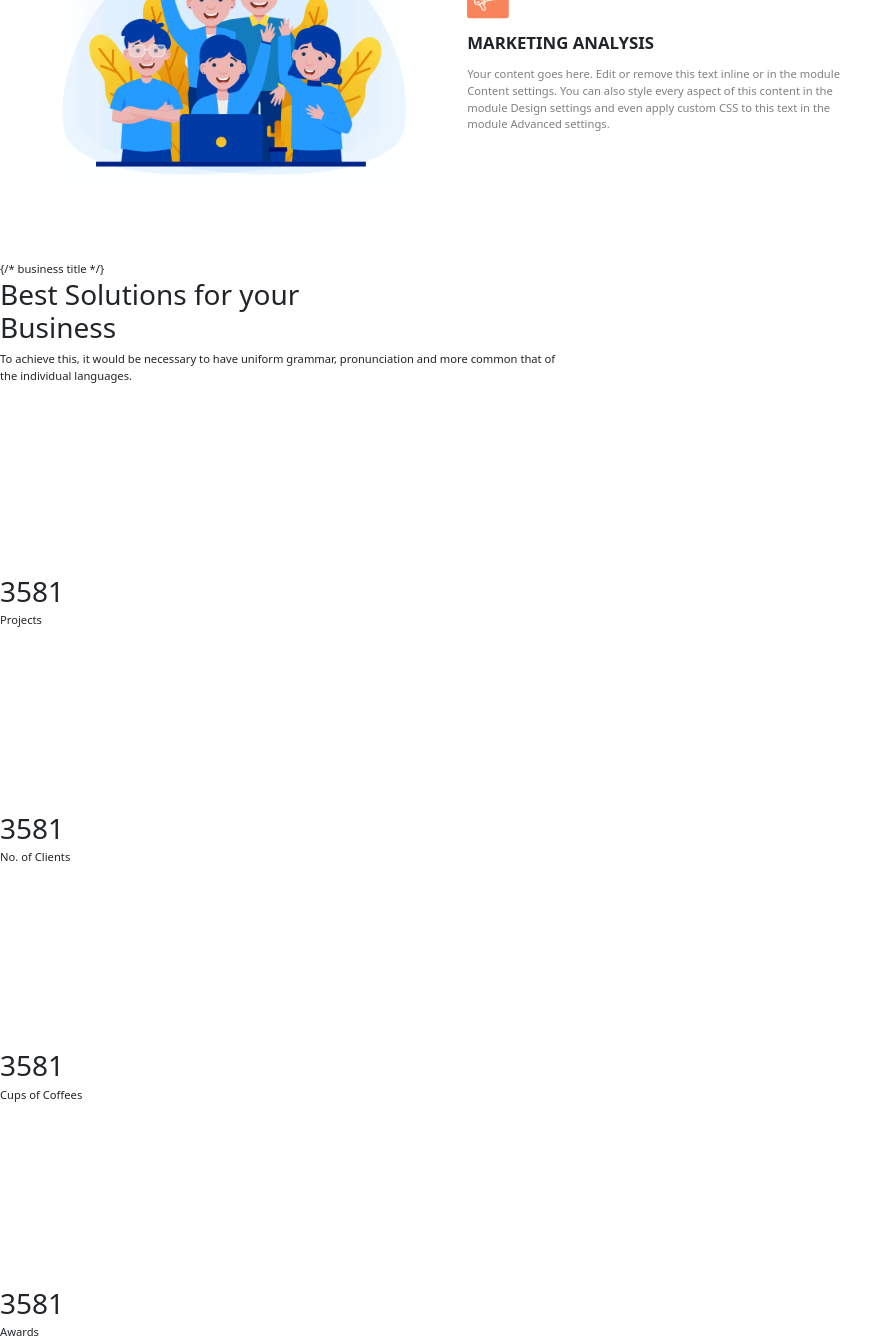
Repository: meherujjahan/Molti-website
Page: index.html
The author's editor kept a copy of each file at every save. The page is drawn from the files as they stood at one save, then again after the next save.
The browser window is 1280 px wide. The pictures show the part of the page from y = 3579 to 5499 px (the page is 5499 px tall before and 4522 px after), at 70% of full size.
Some web libraries are served in a nearby version.

Above is the page before, as saved 2022-03-08 20:26:07.

### index.html
<!DOCTYPE html>
<html lang="en">
  <head>
    <meta charset="UTF-8" />
    <meta http-equiv="X-UA-Compatible" content="IE=edge" />
    <meta name="viewport" content="width=device-width, initial-scale=1.0" />

    <!-- bootstrap stylesheet -->
    <link
      href="https://cdn.jsdelivr.net/npm/bootstrap@5.1.3/dist/css/bootstrap.min.css"
      rel="stylesheet"
      integrity="sha384-1BmE4kWBq78iYhFldvKuhfTAU6auU8tT94WrHftjDbrCEXSU1oBoqyl2QvZ6jIW3"
      crossorigin="anonymous"
    />
    <!-- font awesome -->
    <script
      src="https://kit.fontawesome.com/c5589b6d71.js"
      crossorigin="anonymous"
    ></script>
    <!-- google font  -->
    <style>
      @import url("https://fonts.googleapis.com/css2?family=Roboto&display=swap");
    </style>
    <!-- CSS styleSheet -->
    <link rel="stylesheet" href="myStyle.css" />
    <title>Molti Wesite</title>
  </head>
  <body>
    <header>
      <div class="header">
        <div>
          <nav class="navbar navbar-expand-lg fw-bold navbar-light bg-light">
            <div class="container-fluid">
              <img class="logo-img" src="/Image/Molti-Logo.png" alt="" />
              <button
                class="navbar-toggler"
                type="button"
                data-bs-toggle="collapse"
                data-bs-target="#navbarNavDropdown"
                aria-controls="navbarNavDropdown"
                aria-expanded="false"
                aria-label="Toggle navigation"
              >
                <span class="navbar-toggler-icon"></span>
              </button>
              <div class="collapse navbar-collapse" id="navbarNavDropdown">
                <ul class="navbar-nav">
                  <li class="nav-item">
                    <a class="nav-link active" aria-current="page" href="#"
                      >Home</a
                    >
                  </li>
                  <li class="nav-item dropdown">
                    <a
                      class="nav-link dropdown-toggle"
                      href="#"
                      id="navbarDropdownMenuLink1"
                      role="button"
                      data-bs-toggle="dropdown"
                      aria-expanded="false"
                    >
                      Pages
                    </a>
                    <ul
                      class="dropdown-menu"
                      aria-labelledby="navbarDropdownMenuLink"
                    >
                      <li><a class="dropdown-item" href="#">Action</a></li>
                      <li>
                        <a class="dropdown-item" href="#">Another action</a>
                      </li>
                      <li>
                        <a class="dropdown-item" href="#"
                          >Something else here</a
                        >
                      </li>
                    </ul>
                  </li>
                  <li class="nav-item dropdown">
                    <a
                      class="nav-link dropdown-toggle"
                      href="#"
                      id="navbarDropdownMenuLink2"
                      role="button"
                      data-bs-toggle="dropdown"
                      aria-expanded="false"
                    >
                      Services
                    </a>
                    <ul
                      class="dropdown-menu"
                      aria-labelledby="navbarDropdownMenuLink"
                    >
                      <li><a class="dropdown-item" href="#">Action</a></li>
                      <li>
                        <a class="dropdown-item" href="#">Another action</a>
                      </li>
                      <li>
                        <a class="dropdown-item" href="#"
                          >Something else here</a
                        >
                      </li>
                    </ul>
                  </li>
                  <li class="nav-item dropdown">
                    <a
                      class="nav-link dropdown-toggle"
                      href="#"
                      id="navbarDropdownMenuLink3"
                      role="button"
                      data-bs-toggle="dropdown"
                      aria-expanded="false"
                    >
                      Blogs
                    </a>
                    <ul
                      class="dropdown-menu"
                      aria-labelledby="navbarDropdownMenuLink"
                    >
                      <li><a class="dropdown-item" href="#">Action</a></li>
                      <li>
                        <a class="dropdown-item" href="#">Another action</a>
                      </li>
                      <li>
                        <a class="dropdown-item" href="#"
                          >Something else here</a
                        >
                      </li>
                    </ul>
                  </li>
                  <li class="nav-item dropdown">
                    <a
                      class="nav-link dropdown-toggle"
                      href="#"
                      id="navbarDropdownMenuLink4"
                      role="button"
                      data-bs-toggle="dropdown"
                      aria-expanded="false"
                    >
                      Portfolio
                    </a>
                    <ul
                      class="dropdown-menu"
                      aria-labelledby="navbarDropdownMenuLink"
                    >
                      <li><a class="dropdown-item" href="#">Action</a></li>
                      <li>
                        <a class="dropdown-item" href="#">Another action</a>
                      </li>
                      <li>
                        <a class="dropdown-item" href="#"
                          >Something else here</a
                        >
                      </li>
                    </ul>
                  </li>
                  <li class="nav-item dropdown">
                    <a
                      class="nav-link dropdown-toggle"
                      href="#"
                      id="navbarDropdownMenuLink5"
                      role="button"
                      data-bs-toggle="dropdown"
                      aria-expanded="false"
                    >
                      Header & Footer
                    </a>
                    <ul
                      class="dropdown-menu"
                      aria-labelledby="navbarDropdownMenuLink"
                    >
                      <li><a class="dropdown-item" href="#">Action</a></li>
                      <li>
                        <a class="dropdown-item" href="#">Another action</a>
                      </li>
                      <li>
                        <a class="dropdown-item" href="#"
                          >Something else here</a
                        >
                      </li>
                    </ul>
                  </li>
                  <li class="nav-item">
                    <a class="nav-link active" aria-current="page" href="#"
                      >Elements</a
                    >
                  </li>
                  <li>
                    <button class="btn">GET STARTED</button>
                  </li>
                </ul>
              </div>
            </div>
          </nav>
        </div>
      </div>
    </header>
    <main>
      <!-- Banner section -->
      <section>
        <div class="Banner">
          <div class="Banner-text">
            <b>CREATIVE MARKETING</b>
            <h1>
              Get Your Professional <br />
              Website Done With <span>Molti</span>
            </h1>
            <p>
              At vero eos et accusamus iusto odio dignissimos ducimus qui
              blanditiis <br />
              praesentium voluptatum deleniti atque corrupti quos at dolores
              molestias <br />
              excepturi sint occaecati cupiditate.
            </p>
            <div class="Banner-btn">
              <button>ABOUT US</button><button>OUR SERVICES</button>
            </div>
          </div>
          <div>
            <img
              class="Banner-img"
              src="Image/Hero-Illustration-Molti.png"
              alt=""
            />
          </div>
        </div>
      </section>
      <!-- services section -->
      <section>
        <div class="services">
          <div class="service-text">
            <h1>Our <span>Services</span></h1>
            <p>
              Maecenas tempus tellus eget condimentum rhoncus sem quam <br />
              semper libero pulvinar hendrerit id lorem.
            </p>
          </div>

          <div class="service-card">
            <div class="single-card">
              <img src="/Image/Web-Design.png" alt="" />
              <h3>Web Design</h3>
              <p>
                Et harum quidem rerum facilis <br />
                expedita distinctio nam libero <br />
                tempore cum quibusdam nobis.
              </p>
              <i class="fa-solid icon fa-arrow-right-long"></i>
            </div>
            <div class="single-card">
              <img src="/Image/web-developement.png" alt="" />
              <h3>Web Development</h3>
              <p>
                Et harum quidem rerum facilis <br />
                expedita distinctio nam libero <br />
                tempore cum quibusdam nobis.
              </p>
              <i class="fa-solid icon fa-arrow-right-long"></i>
            </div>
            <div class="single-card">
              <img src="/Image/molti-hosting-service.png" alt="" />
              <h3>Web Hosting</h3>
              <p>
                Et harum quidem rerum facilis <br />
                expedita distinctio nam libero <br />
                tempore cum quibusdam nobis.
              </p>
              <i class="fa-solid icon fa-arrow-right-long"></i>
            </div>
          </div>
        </div>
      </section>
      <!-- ABOUT US SECTION -->
      <section>
        <div class="aboutUs">
          <div class="about-text">
            <h1>About <span>Us</span></h1>
            <p>
              Maecenas tempus tellus eget condimentum rhoncus sem quam <br />
              semper libero pulvinar hendrerit id lorem.
            </p>
          </div>
          <div class="aboutUs-card">
            <div class="aboutUs-single-card">
              <div class="aboutUs-1stCard">
                <h3>
                  We’re <span>Passionate</span> About <br />
                  Creating beautiful
                  <span
                    >web <br />
                    Projects</span
                  >
                  for people
                </h3>
                <p>
                  At vero eos accusamus iusto odio dignissim <br />
                  ducimus a blandi praesentium voluptatum <br />
                  deleniti.
                </p>
                <button class="aboutUs-btn">
                  ABOUT US <i class="fa-solid icon2 fa-arrow-right-long"></i>
                </button>
              </div>
            </div>
            <div class="aboutUs-single-card">
              <img src="Image/Our-Mission.png" alt="" />
              <h5>OUR MISSION</h5>
              <p>
                At vero eos accusamus iusto odio dignissim <br />
                ducimus a blandi praesentium voluptatum <br />
                deleniti atque corrupti quos dolores et quas <br />
                molestias excepturi sit occaecati cupiditate <br />
                provident similique sunt.
              </p>
            </div>
            <div class="aboutUs-single-card">
              <img src="Image/Our-Vision.png" alt="" />
              <h5>OUR VISION</h5>
              <p>
                At vero eos accusamus iusto odio dignissim <br />
                ducimus a blandi praesentium voluptatum <br />
                deleniti atque corrupti quos dolores et quas <br />
                molestias excepturi sit occaecati cupiditate <br />
                provident similique sunt.
              </p>
            </div>
          </div>
        </div>
      </section>
      <!-- WORK PROCESS SECTION -->
      <section>
        <div class="work-process">
          <div class="workProcess-text">
            <h2>Our Process of Work</h2>
            <p></p>
          </div>
          <div class="WP-all-card">
            <div class="WP-card">
              <div class="WP-single-card">
                <div>
                  <img src="Image/Strategy.png" alt="" />
                </div>
                <div>
                  <h4>Strategy</h4>
                  <p class="WP-text-border">
                    Your content goes here. Edit or remove <br />
                    this text inline or in the module Content <br />
                    settings. You can also style every aspect <br />
                    of this content in the module Design <br />
                    settings.
                  </p>
                </div>
              </div>
              <div class="WP-single-card">
                <div>
                  <img src="Image/Design.png" alt="" />
                </div>
                <div>
                  <h4>Design</h4>
                  <p>
                    Your content goes here. Edit or remove <br />
                    this text inline or in the module Content <br />
                    settings. You can also style every aspect <br />
                    of this content in the module Design <br />
                    settings.
                  </p>
                </div>
              </div>
            </div>
            <div>
              <img src="Image/Work-Process.png" alt="" />
            </div>
            <div>
              <div class="WP-card">
                <div class="WP-single-card">
                  <div>
                    <img src="Image/Development-icon.png" alt="" />
                  </div>
                  <div>
                    <h4>Development</h4>
                    <p class="WP-text-border">
                      Your content goes here. Edit or remove <br />
                      this text inline or in the module Content <br />
                      settings. You can also style every aspect <br />
                      of this content in the module Design <br />
                      settings.
                    </p>
                  </div>
                </div>
                <div class="WP-single-card">
                  <div>
                    <img src="Image/UA-Testing.png" alt="" />
                  </div>
                  <div>
                    <h4>UA Testing</h4>
                    <p>
                      Your content goes here. Edit or remove <br />
                      this text inline or in the module Content <br />
                      settings. You can also style every aspect <br />
                      of this content in the module Design <br />
                      settings.
                    </p>
                  </div>
                </div>
              </div>
            </div>
          </div>
        </div>
      </section>
      <!------------------
         FEATURE SECTION
        ------------------->
      <section>
        <div class="features">
          <div class="feature-text">
            <h1>Our<span> Features</span></h1>
            <p>
              Maecenas tempus tellus eget condimentum rhoncus sem quam <br />
              semper libero pulvinar hendrerit id lorem.
            </p>
          </div>
          <div>
            <div class="feature-banner">
              <div>
                <img src="Image/Easy-Work-Process.png" alt="" />
              </div>
              <div class="feature-banner-text">
                <img src="Image/Work-Process (1).png" alt="" />

                <h4>EASY WORK PROCESS</h4>

                <p>
                  Your content goes here. Edit or remove this text inline or in
                  the module <br />
                  Content settings. You can also style every aspect of this
                  content in the <br />
                  module Design settings and even apply custom CSS to this text
                  in the <br />
                  module Advanced settings.
                </p>
              </div>
            </div>
            <div class="feature-banner">
              <div class="feature-banner-text">
                <img src="Image/Team-Icon.png" alt="" />

                <h4>MANAGED TEAM WORK</h4>

                <p>
                  Your content goes here. Edit or remove this text inline or in
                  the module <br />
                  Content settings. You can also style every aspect of this
                  content in the <br />
                  module Design settings and even apply custom CSS to this text
                  in the <br />
                  module Advanced settings.
                </p>
              </div>
              <div>
                <img src="Image/Marketing.png" alt="" />
              </div>
            </div>
            <div class="feature-banner">
              <div>
                <img src="Image/Managed-Team-Work.png" alt="" />
              </div>
              <div class="feature-banner-text">
                <img src="Image/Marketing-icon.png" alt="" />

                <h4>MARKETING ANALYSIS</h4>

                <p>
                  Your content goes here. Edit or remove this text inline or in
                  the module <br />
                  Content settings. You can also style every aspect of this
                  content in the <br />
                  module Design settings and even apply custom CSS to this text
                  in the <br />
                  module Advanced settings.
                </p>
              </div>
            </div>
          </div>
        </div>
      </section>
      <!----------------
         BUSINESS SECTION
        ------------------>
      <section>
        <div class="business">
          {/* business title */}
          <div class="business-text">
            <h1>
              Best Solutions for your <br />
              <span>Business</span>
            </h1>
            <p>
              To achieve this, it would be necessary to have uniform grammar,
              pronunciation and more common that of <br />
              the individual languages.
            </p>
            <div>
              <div class="business-icon">
                <div>
                  <img src="Image/Projects.png" alt="" />
                  <h1>3581</h1>
                  <h6>Projects</h6>
                </div>
                <div>
                  <img src="Image/Clients.png" alt="" />
                  <h1>3581</h1>
                  <h6>No. of Clients</h6>
                </div>
                <div>
                  <img src="Image/Coffees.png" alt="" />
                  <h1>3581</h1>
                  <h6>Cups of Coffees</h6>
                </div>
                <div>
                  <img src="Image/Awards.png" alt="" />
                  <h1>3581</h1>
                  <h6>Awards</h6>
                </div>
              </div>
            </div>
          </div>
        </div>
      </section>
    </main>
  </body>
</html>

### myStyle.css
/* ------------
header section
--------------*/
.header {
  font-family: "Roboto", sans-serif;
}
.logo-img {
  width: 150px;
  margin: 25px;
  padding-right: 10px;
  border-right: 1px solid gray;
}
.btn {
  font-family: "Roboto", sans-serif;
  margin-left: 100px;
  background-color: rgb(238, 110, 63);
  border: none;
  border-radius: 4px;
  padding: 10px;
  padding-left: 20px;
  padding-right: 20px;
  color: white;
  font-weight: 700;
}
/* -------------
              Banner  section
              --------------*/
.Banner {
  display: flex;
  justify-content: space-between;
  padding: 60px;
  margin-top: 40px;
}
.Banner-text {
  text-align: left;
}
.Banner-text span {
  color: rgb(238, 110, 63);
}
.Banner-text b {
  color: rgba(19, 19, 150, 0.87);
}
.Banner-text h1 {
  font-weight: 700;
}
.Banner-text p {
  color: gray;
}

.Banner-img {
  width: 500px;
}
.Banner-btn {
  display: flex;
  justify-content: flex-start;
}
.Banner-btn button {
  margin-left: 10px;
  background-color: rgb(238, 110, 63);
  border: none;
  border-radius: 4px;
  padding: 10px;
  padding-left: 20px;
  padding-right: 20px;
  color: white;
  font-weight: 700;
}
/*----------------
 services section
 ----------------*/
.services {
  margin: 50px;
  align-items: center;
}
.service-text {
  text-align: center;
  align-items: center;
  padding: 20px;
}
.service-text p {
  color: gray;
  font-weight: 400;
}
.service-text h1 {
  /* font-weight: 500; */
  font-size: 50px;
}
.service-text span {
  color: rgb(253, 114, 64);
}
.service-card {
  display: flex;
  justify-content: space-around;
  text-align: center;
}

.single-card img {
  width: 120px;
  padding: 20px;
}
.single-card h3 {
  color: rgb(253, 114, 64);
  font-weight: 500;
}
/* .service-card :hover {
  padding: 10px;
  border: 3px solid rgb(253, 114, 64);
  border-radius: 5px;
} */
.icon {
  color: rgb(253, 114, 64);
  font-size: 50px;
}
/* --------------
about us section
----------------- */
.aboutUs {
  padding: 20px;
  background-color: rgb(240, 244, 248);
}

.about-text {
  font-family: "Roboto", sans-serif;
  align-items: center;
  padding: 20px;
  margin: 20px;
  text-align: center;
}
.about-text p {
  color: gray;
  font-weight: 400;
}
.about-text h1 {
  /* font-weight: 500; */
  font-size: 50px;
}
.about-text span {
  color: rgb(253, 114, 64);
}
/* all card */

.aboutUs-card {
  display: flex;
  justify-content: space-around;
  margin: 20px;
}
/* single card style */
.aboutUs-single-card {
  text-align: start;
}
.aboutUs-single-card h5 {
  font-weight: bold;
}
.aboutUs-single-card h3 {
  font-weight: bold;
}
.aboutUs-single-card span {
  color: rgb(253, 114, 64);
}
.aboutUs-single-card img {
  width: 50px;
  padding-bottom: 10px;
}
.aboutUs-single-card p {
  color: gray;
  font-weight: 400;
}
.aboutUs-1stCard {
  border-right: 2px solid gainsboro;
  padding-right: 15px;
}
/* Button */
.aboutUs-btn {
  background-color: rgb(238, 110, 63);
  border: none;
  border-radius: 4px;
  padding: 10px;
  padding-left: 20px;
  padding-right: 20px;
  color: white;
  font-weight: 700;
}
.icon2 {
  color: white;
}

/* --------------
WORK PROCESS
----------------*/

.work-process {
  margin: 50px;
  padding: 20px;
}
.workProcess-text {
  text-align: center;
}
.workProcess-text h2 {
  color: rgb(238, 110, 63);
}
.workProcess-text p {
  border-bottom: 3px solid rgb(238, 110, 63);
  width: 80px;
  margin: auto;
}
.WP-single-card {
  display: flex;
  text-align: start;
}
.WP-all-card {
  margin-top: 50px;
  display: flex;
  justify-content: space-around;
}
.WP-all-card img {
  width: 350px;
}
.WP-text-border {
  border-bottom: 1px solid gainsboro;
  margin-bottom: 40px;
  padding-bottom: 40px;
}

.WP-single-card p {
  color: gray;
  font-weight: 400;
}
.WP-single-card h4 {
  font-weight: bold;
}
.WP-single-card img {
  width: 40px;
  padding-right: 10px;
}
/* --------------
FEATURE SECTION
----------------- */
.features {
  padding: 40px;
  margin-bottom: 30px;
}
.feature-text {
  text-align: center;
}
.feature-text span {
  color: rgb(238, 110, 63);
}
.feature-text p {
  color: gray;
  font-weight: 400;
}
.feature-text h1 {
  font-size: 50px;
}
.feature-banner {
  margin-top: 30px;
  display: flex;
  justify-content: space-between;
  text-align: start;
  padding: 40px;
}
.feature-banner img {
  width: 500px;
}
.feature-banner-text h4 {
  padding-top: 20px;
  padding-bottom: 10px;
  font-weight: bold;
}
.feature-banner-text p {
  color: gray;
  font-weight: 400;
}
.feature-banner-text {
  padding-top: 100px;
}
.feature-banner-text img {
  width: 60px;
  background-color: rgba(247, 125, 81, 0.945);
  border-radius: 5px;
  padding: 10px;
}

After the next save:
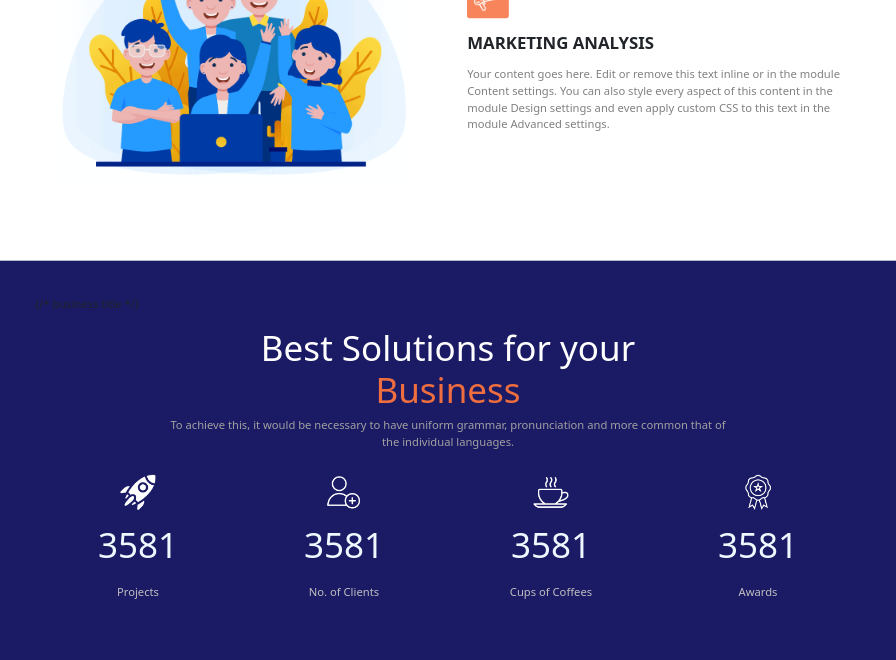
Saved 45 s later.
--- a/myStyle.css
+++ b/myStyle.css
@@ -280,3 +280,47 @@ FEATURE SECTION
   border-radius: 5px;
   padding: 10px;
 }
+/* ---------------
+BUSINESS SECTION-
+------------------ */
+.business {
+  padding: 50px;
+  background-color: rgba(3, 3, 85, 0.904);
+}
+
+.business-text {
+  padding-top: 20px;
+  padding-bottom: 30px;
+  text-align: center;
+  color: white;
+}
+.business-text h1 {
+  font-size: 50px;
+}
+.business-text span {
+  color: rgb(238, 110, 63);
+}
+.business-text p {
+  color: rgb(163, 161, 161);
+  font-weight: 400;
+}
+.business-icon {
+  display: flex;
+  justify-content: space-around;
+  color: aliceblue;
+}
+.business-icon h6 {
+  color: rgb(194, 191, 191);
+  padding-top: 20px;
+}
+.business-icon img {
+  width: 50px;
+  padding-top: 20px;
+  padding-bottom: 20px;
+}
+.business b {
+  border-bottom: 2px solid gray;
+  width: 400px;
+  padding-top: 20px;
+  padding-bottom: 20px;
+}
